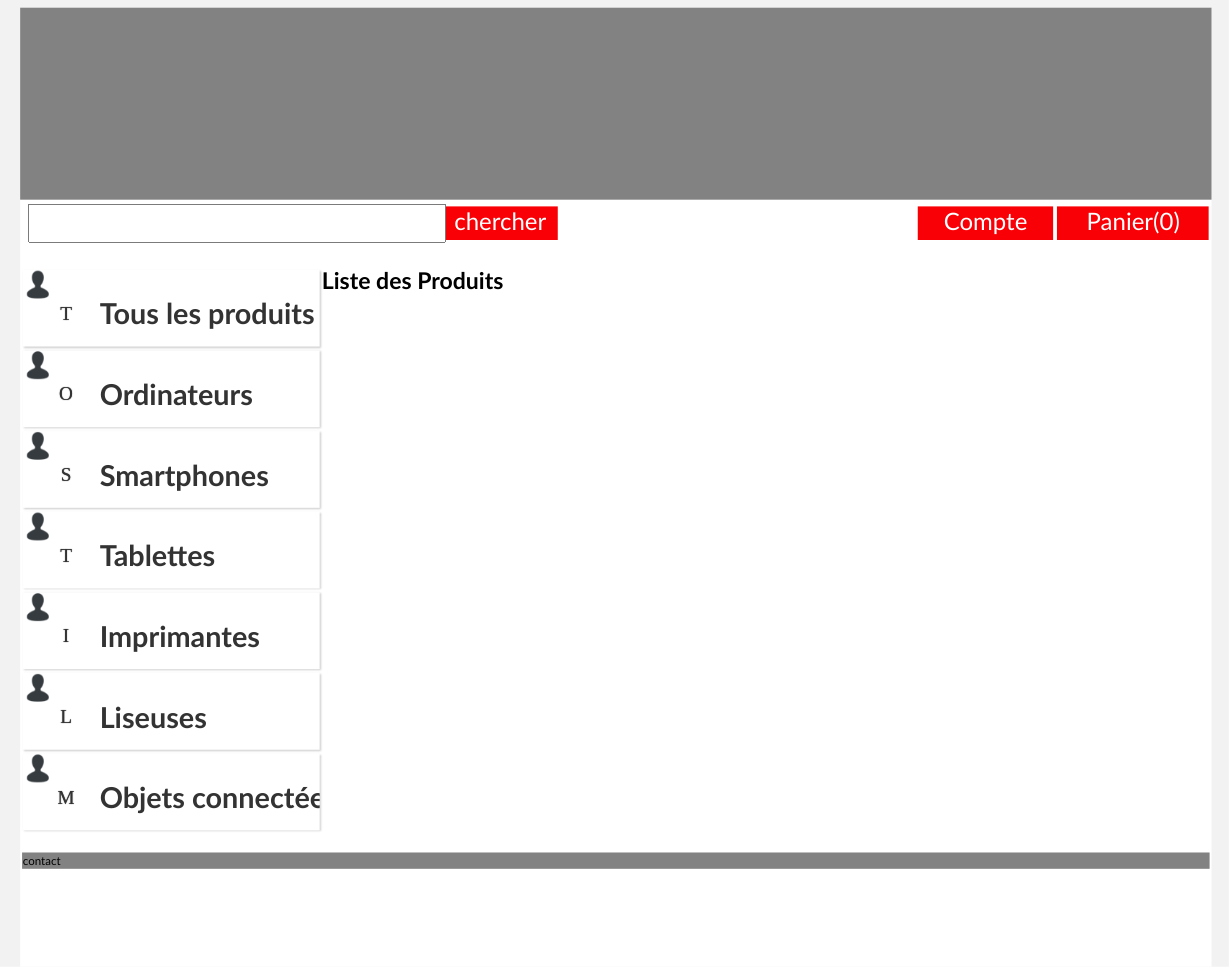
Repository: EBusinesss/Ebusiness
Page: http://localhost/EcomWEB3/
These files come from the project's save history. The page is drawn as it stood at one moment and after the next save; the edit follows.
The browser window is 1280 px wide. The pictures show the whole page, at 96% of full size.
Some web fonts or font styles are not loaded; a fallback is used. The page is served by Tomcat 9. Nobody is signed in. The application's start-up code is not run.

Above is the page before, as saved 2014-12-28 10:35:46.
Console error: ReferenceError: chargerProduits is not defined

After the next save:
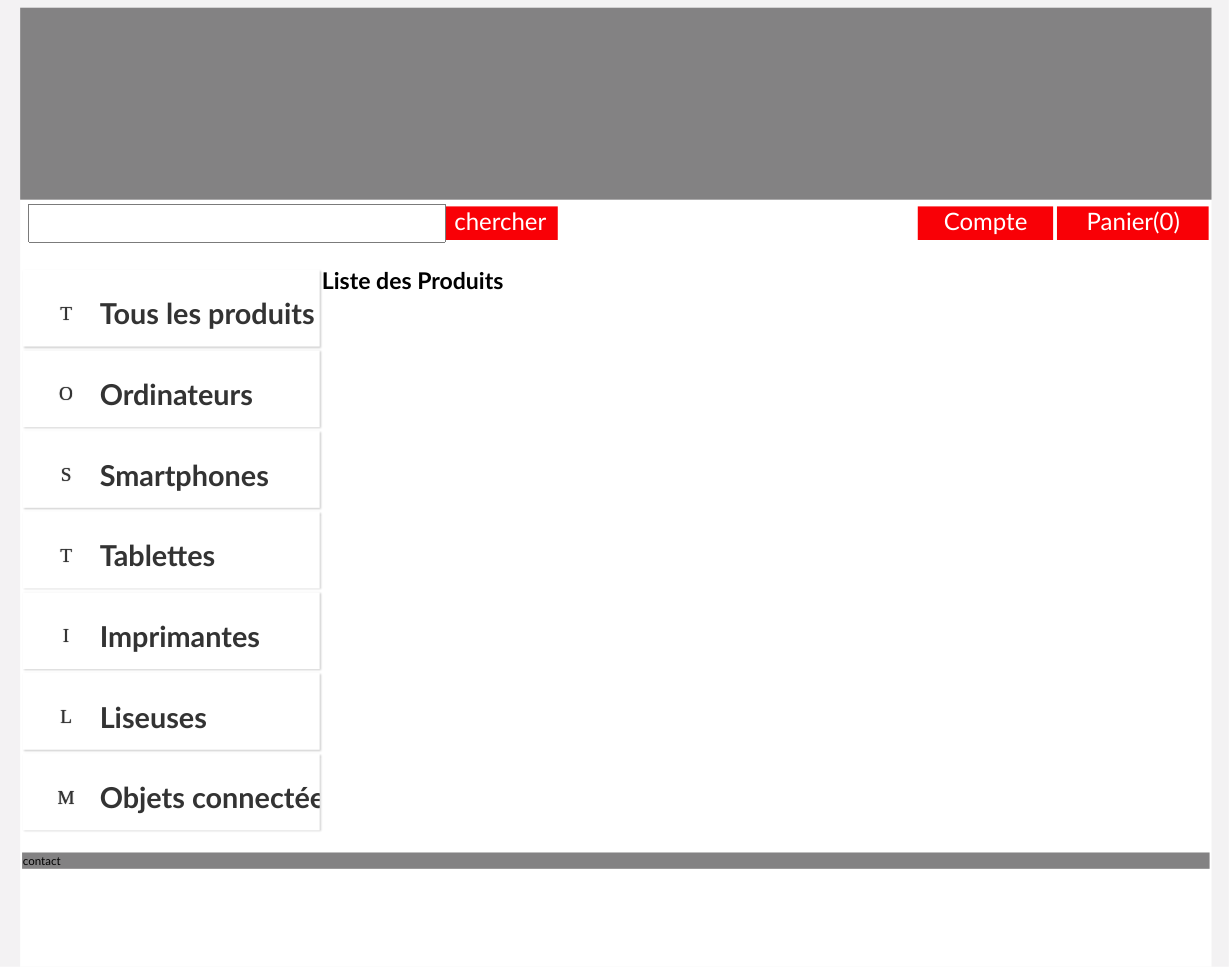
Saved 2 min 29 s later.
--- a/Workspace/EcomWEB3/WebContent/style/style-ml.css
+++ b/Workspace/EcomWEB3/WebContent/style/style-ml.css
@@ -39,12 +39,15 @@
     color: #333;
     position: relative;
 }
-.ca-icon{
 
+
+.imgaccount{
 	background: url(../images/account.png);
     background-size: 30px 30px;
     background-repeat: no-repeat;
+}
 
+.ca-icon{
 
     font-family: 'WebSymbolsRegular', cursive;
     font-size: 20px;
